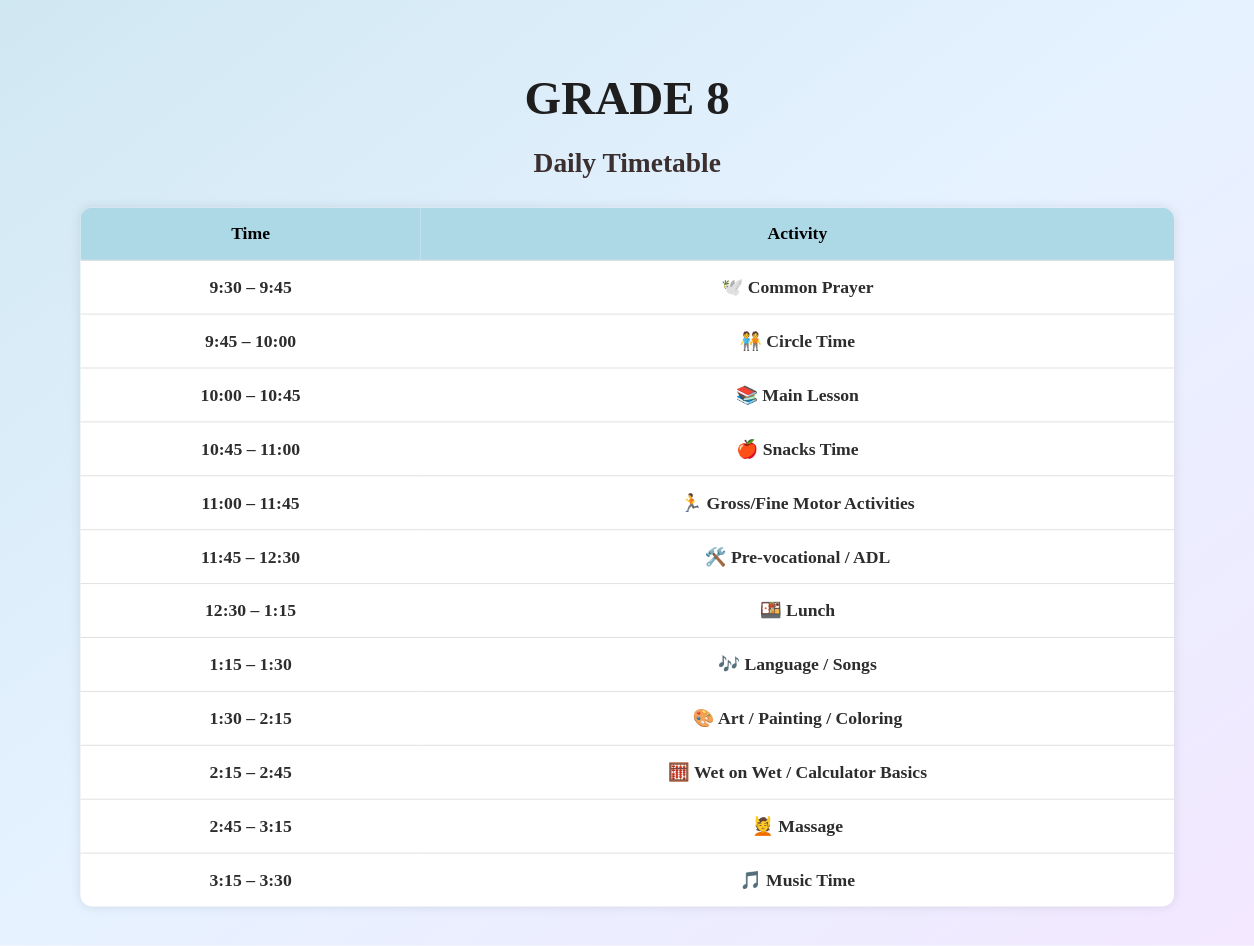
Repository: atchayasasikumar10/timetable-website
Page: templates/grade8_home.html
These files come from the project's save history. The page is drawn as it stood at one moment and after the next save; the edit follows.
The browser window is 1280 px wide. The pictures show the whole page, at 98% of full size.
The page is served by the project's application, run on Flask 3 (main.py). The template is opened directly, without the code that normally fills it, so the values that code supplies are empty.

Above is the page before, as saved 2025-06-27 19:26:03.

After the next save:
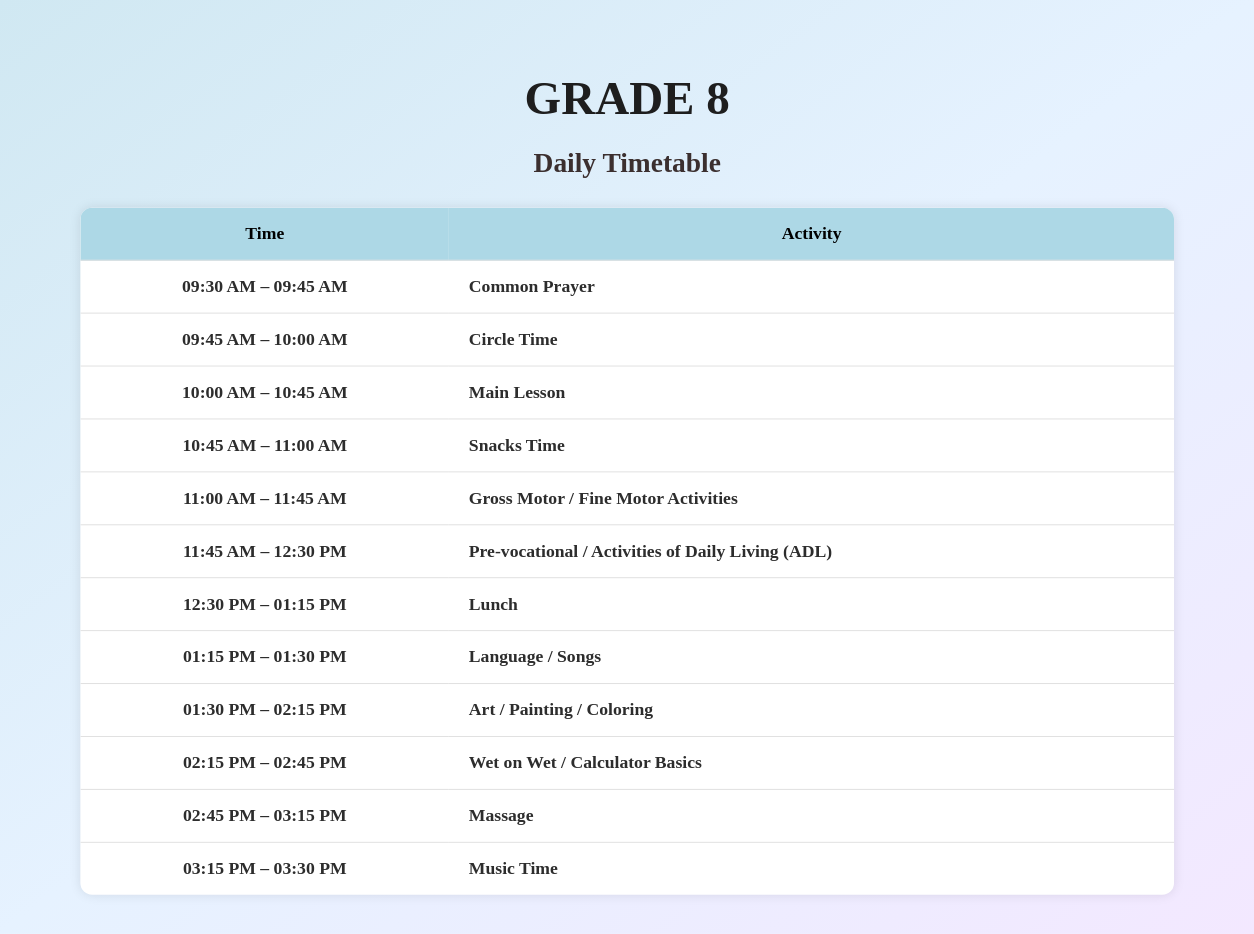
Saved 5 min 10 s later.
--- a/templates/grade8_home.html
+++ b/templates/grade8_home.html
@@ -37,7 +37,7 @@
         }
 
         th, td {
-            padding: 16px;
+            padding: 16px 20px;
             border-bottom: 1px solid #e0e0e0;
             font-size: 18px;
         }
@@ -45,6 +45,16 @@
         th {
             background-color: #add8e6;
             color: #000;
+            text-align: center;
+        }
+
+        td:first-child {
+            text-align: center;
+            white-space: nowrap;
+        }
+
+        td:last-child {
+            text-align: justify;
         }
 
         tr:last-child td {
@@ -54,6 +64,10 @@
         @media (max-width: 600px) {
             h1 {
                 font-size: 32px;
+            }
+
+            h2 {
+                font-size: 22px;
             }
 
             th, td {
@@ -74,52 +88,52 @@
             <th>Activity</th>
         </tr>
         <tr>
-            <td>9:30 – 9:45</td>
-            <td>🕊️ Common Prayer</td>
+            <td>09:30 AM – 09:45 AM</td>
+            <td>Common Prayer</td>
         </tr>
         <tr>
-            <td>9:45 – 10:00</td>
-            <td>🧑‍🤝‍🧑 Circle Time</td>
+            <td>09:45 AM – 10:00 AM</td>
+            <td>Circle Time</td>
         </tr>
         <tr>
-            <td>10:00 – 10:45</td>
-            <td>📚 Main Lesson</td>
+            <td>10:00 AM – 10:45 AM</td>
+            <td>Main Lesson</td>
         </tr>
         <tr>
-            <td>10:45 – 11:00</td>
-            <td>🍎 Snacks Time</td>
+            <td>10:45 AM – 11:00 AM</td>
+            <td>Snacks Time</td>
         </tr>
         <tr>
-            <td>11:00 – 11:45</td>
-            <td>🏃 Gross/Fine Motor Activities</td>
+            <td>11:00 AM – 11:45 AM</td>
+            <td>Gross Motor / Fine Motor Activities</td>
         </tr>
         <tr>
-            <td>11:45 – 12:30</td>
-            <td>🛠️ Pre-vocational / ADL</td>
+            <td>11:45 AM – 12:30 PM</td>
+            <td>Pre-vocational / Activities of Daily Living (ADL)</td>
         </tr>
         <tr>
-            <td>12:30 – 1:15</td>
-            <td>🍱 Lunch</td>
+            <td>12:30 PM – 01:15 PM</td>
+            <td>Lunch</td>
         </tr>
         <tr>
-            <td>1:15 – 1:30</td>
-            <td>🎶 Language / Songs</td>
+            <td>01:15 PM – 01:30 PM</td>
+            <td>Language / Songs</td>
         </tr>
         <tr>
-            <td>1:30 – 2:15</td>
-            <td>🎨 Art / Painting / Coloring</td>
+            <td>01:30 PM – 02:15 PM</td>
+            <td>Art / Painting / Coloring</td>
         </tr>
         <tr>
-            <td>2:15 – 2:45</td>
-            <td>🧮 Wet on Wet / Calculator Basics</td>
+            <td>02:15 PM – 02:45 PM</td>
+            <td>Wet on Wet / Calculator Basics</td>
         </tr>
         <tr>
-            <td>2:45 – 3:15</td>
-            <td>💆 Massage</td>
+            <td>02:45 PM – 03:15 PM</td>
+            <td>Massage</td>
         </tr>
         <tr>
-            <td>3:15 – 3:30</td>
-            <td>🎵 Music Time</td>
+            <td>03:15 PM – 03:30 PM</td>
+            <td>Music Time</td>
         </tr>
     </table>
 
